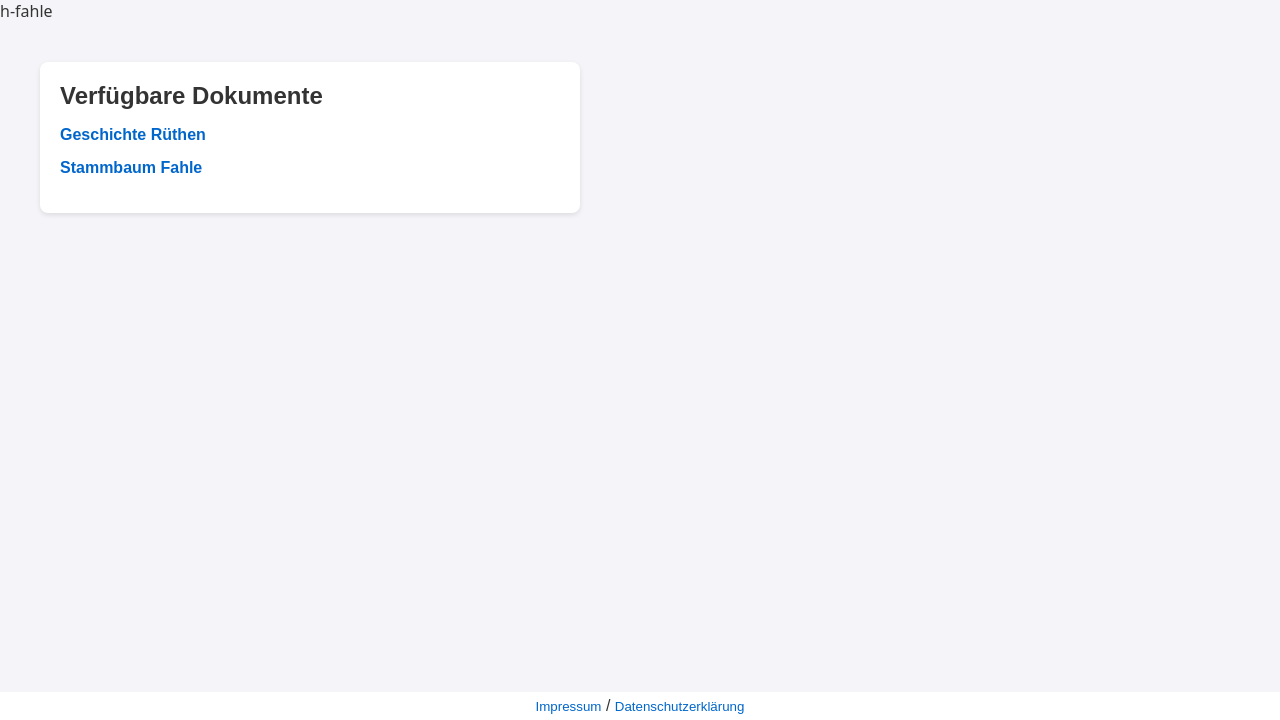
Repository: h-fahle/h-fahle.github.io
Page: index.html
These files come from the project's save history. The page is drawn as it stood at one moment and after the next save; the edit follows.
The browser window is 1280 px wide. The pictures show the whole page.
Some web fonts or font styles are not loaded; a fallback is used.

Above is the page before, as saved 2026-05-24 16:19:18.

After the next save:
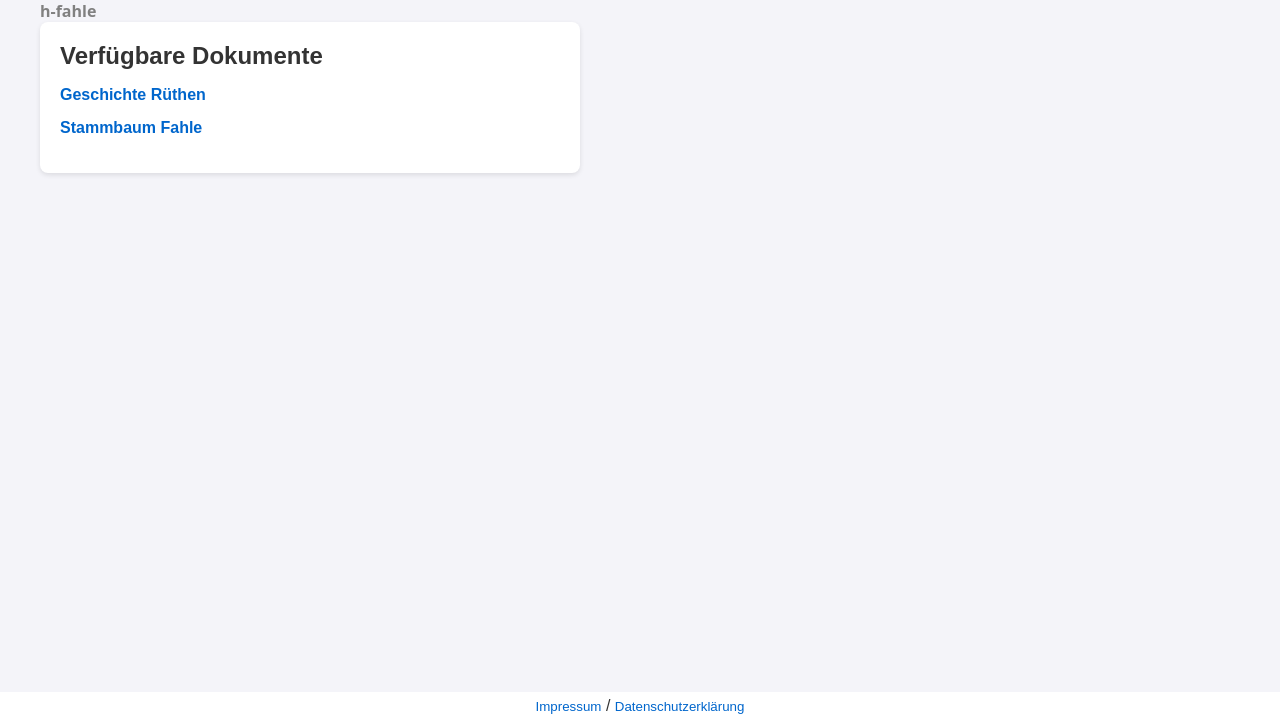
Saved 10 min 12 s later.
--- a/index.html
+++ b/index.html
@@ -20,9 +20,10 @@
         }
 
         .moirai-one-regular {
+            margin-left: 40px;
             font-family: "Moirai One", system-ui;
-            font-weight: 400;
-            font-style: normal;
+            font-weight: bold;
+            color: gray;
         }
 
         footer {
@@ -40,7 +41,7 @@
 
         .container {
             background: #fff;
-            margin: 40px;
+            margin-left: 40px;
             padding: 20px;
             border-radius: 8px;
             max-width: 500px;
